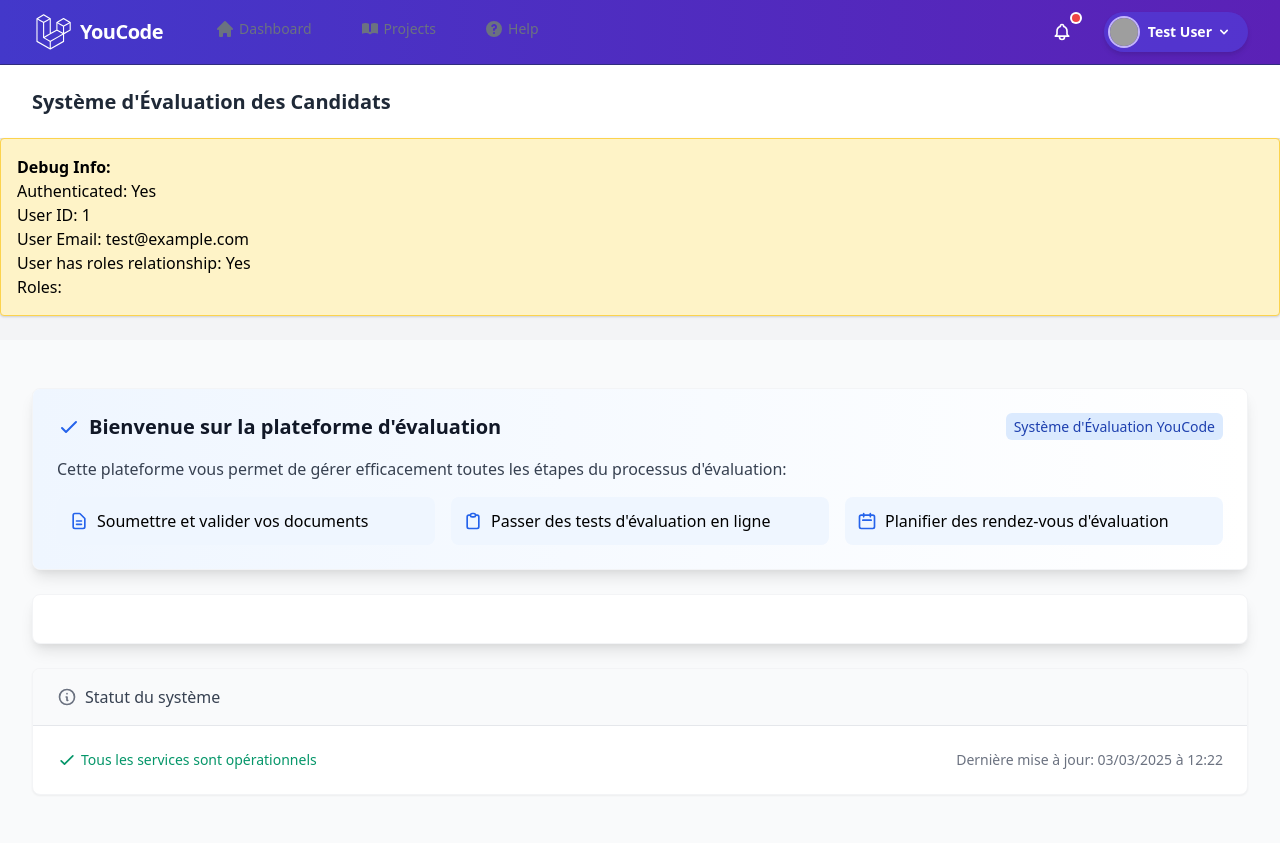
Repository: mohamedm999/Plateforme-de-Tests-d-Acceptation---YouCode-
Page: http://localhost/
The author's editor kept a copy of each file at every save. The page is drawn from the files as they stood at one save, then again after the next save.
The browser window is 1280 px wide. The pictures show the whole page.
Pictures or frames that could not be fetched are drawn as grey boxes. The page is served by the project's Laravel application, run on PHP 8.4 with Laravel 8. A made-up administrator, Test User (test@example.com), is signed in. Queries for data that is not in the repository find no rows.

Above is the page before, as saved 2025-03-04 10:10:25.

After the next save:
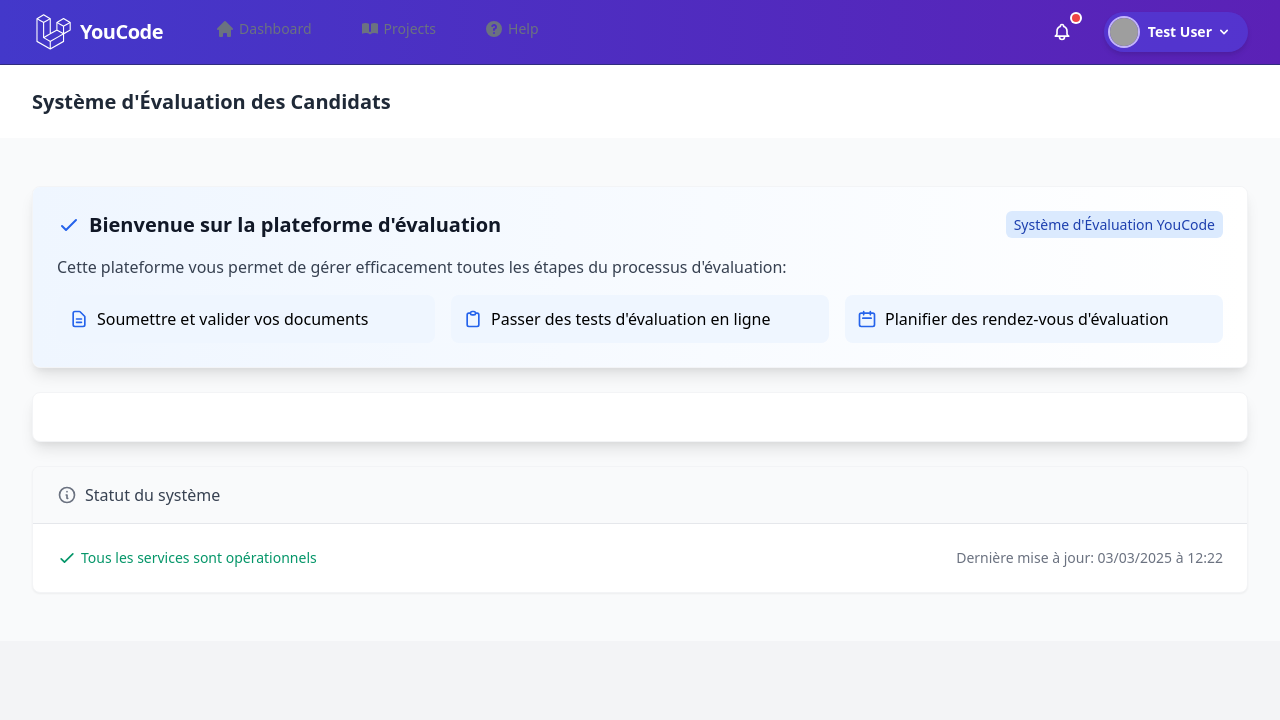
Saved 4 min 18 s later.
--- a/projet-evaluation/resources/views/home.blade.php
+++ b/projet-evaluation/resources/views/home.blade.php
@@ -5,7 +5,7 @@
         </h2>
     </x-slot>
 
-
+{{--
     <div class="p-4 mb-6 bg-yellow-100 border border-yellow-300 rounded shadow">
         <h3 class="font-bold">Debug Info:</h3>
         <p>Authenticated: {{ auth()->check() ? 'Yes' : 'No' }}</p>
@@ -25,7 +25,7 @@
                 }
             @endphp
         @endif
-    </div>
+    </div> --}}
 
     <div class="py-12 bg-gray-50">
         <div class="mx-auto max-w-7xl sm:px-6 lg:px-8">
